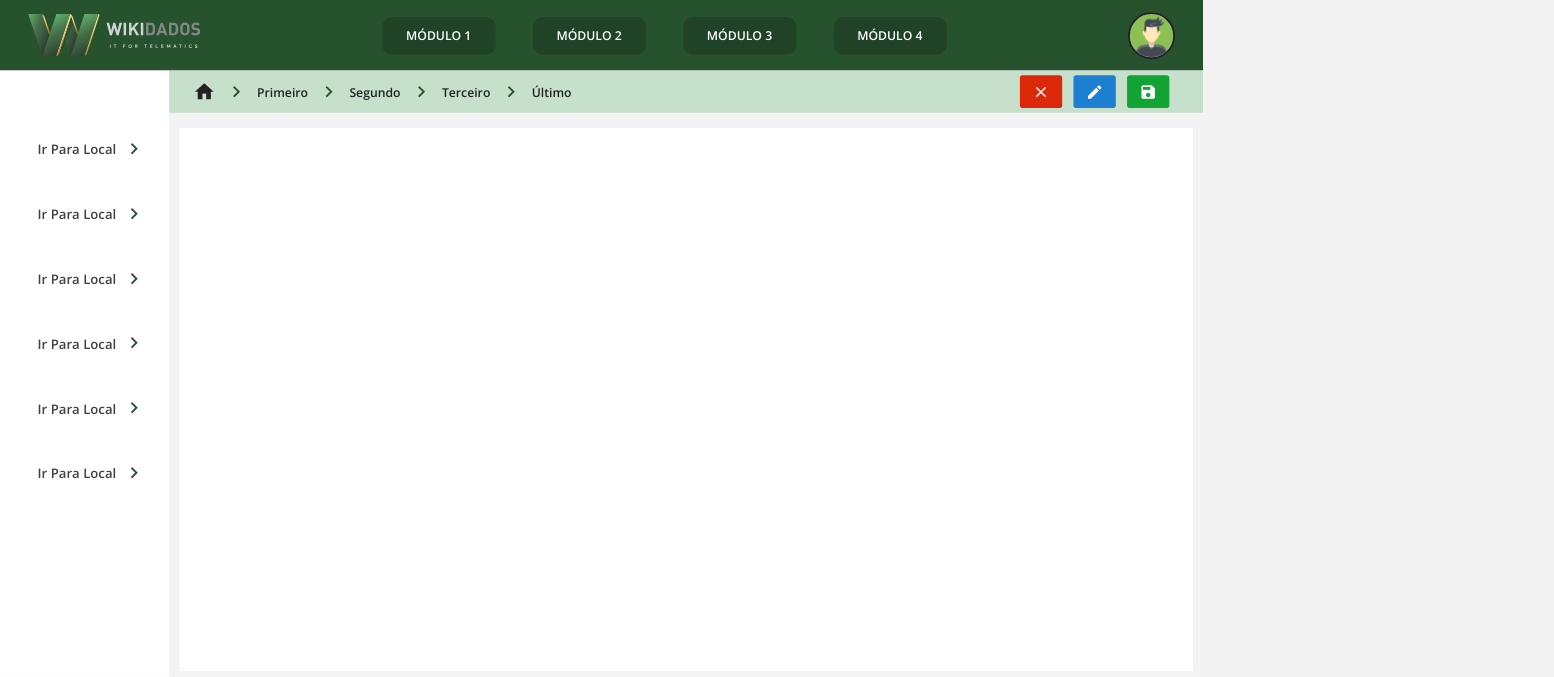
Repository: AlexDjon/alexdjon.github.io
Page: wiki-relayout/index.html
The author's editor kept a copy of each file at every save. The page is drawn from the files as they stood at one save, then again after the next save.
The browser window is 1280 px wide. The page is 1280 px wide, then 1653 px, so the pictures cover 1653 px, including what lies to the right of the window. The pictures show the whole page, at 94% of full size.

Above is the page before, as saved 2020-08-12 16:28:18.

After the next save:
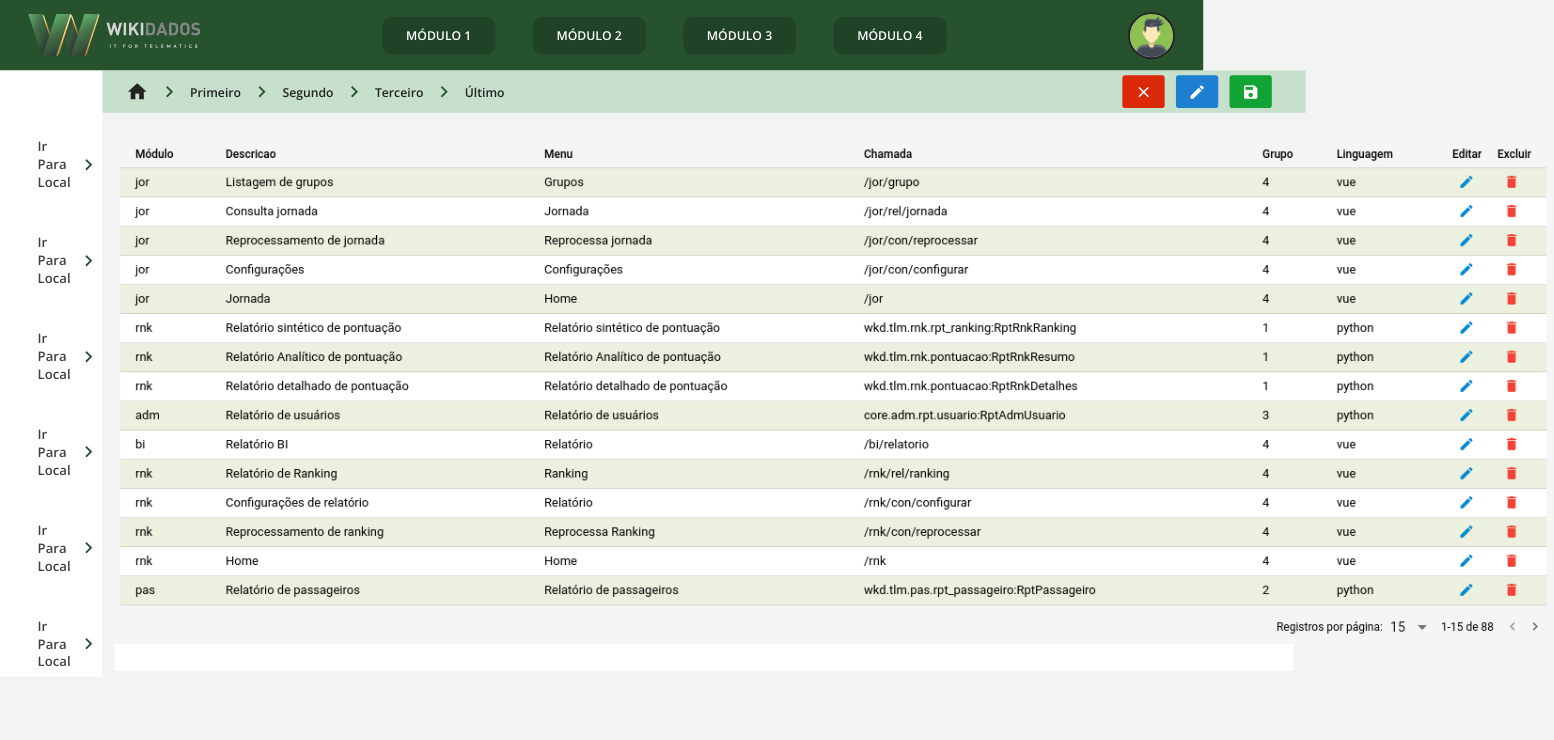
Saved 2 min 20 s later.
--- a/wiki-relayout/index.html
+++ b/wiki-relayout/index.html
@@ -94,7 +94,7 @@
       </div>
 
       <div class="viewer">
-
+        <img src="img/table.png" alt="Tabela">
       </div>
     </div>
 
